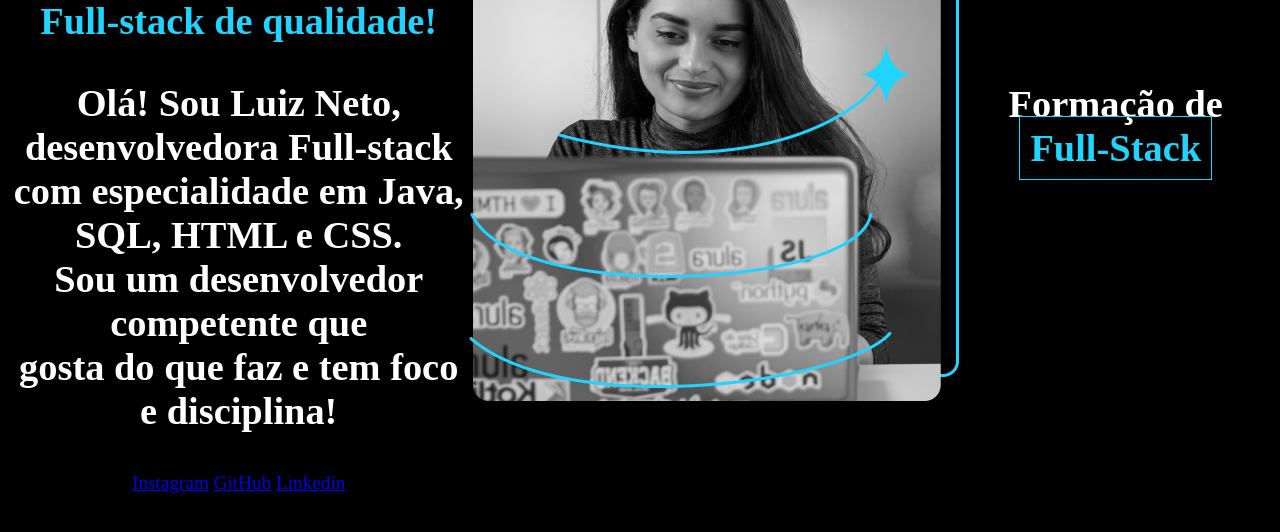
Repository: luiz123098/Sobre-mim-em-HTM-CSS
Page: htmlcss.html
The author's editor kept a copy of each file at every save. The page is drawn from the files as they stood at one save, then again after the next save.
The browser window is 1280 px wide. The pictures show the whole page.

Above is the page before, as saved 2023-03-08 14:20:47.

### htmlcss.html
</html>
<!DOCTYPE html>
<html lang="pt-br">
<head>
    <meta charset="UTF-8">
    <meta http-equiv="X-UA-Compatible" content="IE=edge">
    <meta name="viewport" content="width=device-width, initial-scale=1.0">
    <title>Projeto Estudos</title>
    <link rel="stylesheet" href="style.Css">
</head>
<body>
    <header>MENU</header>
    <main>
        <div class="flex-container">
            <div
                class="parte_esquerda">
                <h1>
                    Eleve sua empresa<br>
                    a outro nível
                    <strong
                        class="texto_em_destaque">
                        com um<br>Full-stack de qualidade!
                    </strong>
                    <p class="biografia">
                        Olá! Sou Luiz Neto, desenvolvedora Full-stack<br>
                        com especialidade em Java, SQL, HTML e CSS.<br>
                        Sou um desenvolvedor competente que<br>
                        gosta do que faz e tem foco e disciplina!
                    </p>
                </h1>
                <a href="https://www.instagram.com/luiz.alencar2/">
                    Instagram</a>
                <a href="https://github.com/luiz123098">
                    GitHub</a>
                <a href="https://www.linkedin.com/in/luiz-neto-alencar-b843651a9/">
                    Linkedin</a>
            </div>
            <p>
                <img src="Imagem.png" alt="Não foi possivel encontrar a imagem">
                <br>
                <h1 class="texto_editado">Formação de <span class="formacao">Full-Stack</span></h1>
            </p>
        </div>
    </main>
    <footer>

    </footer>
</body>

### style.Css
body{
    background-color: black;
    color: white;
    text-align: center;
}

.biografia{
    text-align: center;
}

.texto_em_destaque{
    color: #22D4FD;
}

.texto_editado{
    font-weight: bold;
}

.formacao{
    color: #22D4FD;
    border: 1px solid #22D4FD;
    padding: 10px;
}

div.parte_esquerda{
    text-align: center;
    height: 482px;
    width: 615px;
    left: 357px;
    top: 278px;
    border-radius: [object Object]px;
}

.flex-container {
    display: flex;
    /*isso centraliza o texto horizontalmente*/
    justify-content: center;
    /*isso centraliza o texto verticalmente*/
    align-items: center;

    height: 200px;
    color: #fff;
    font-size: 1.2rem;
}

After the next save:
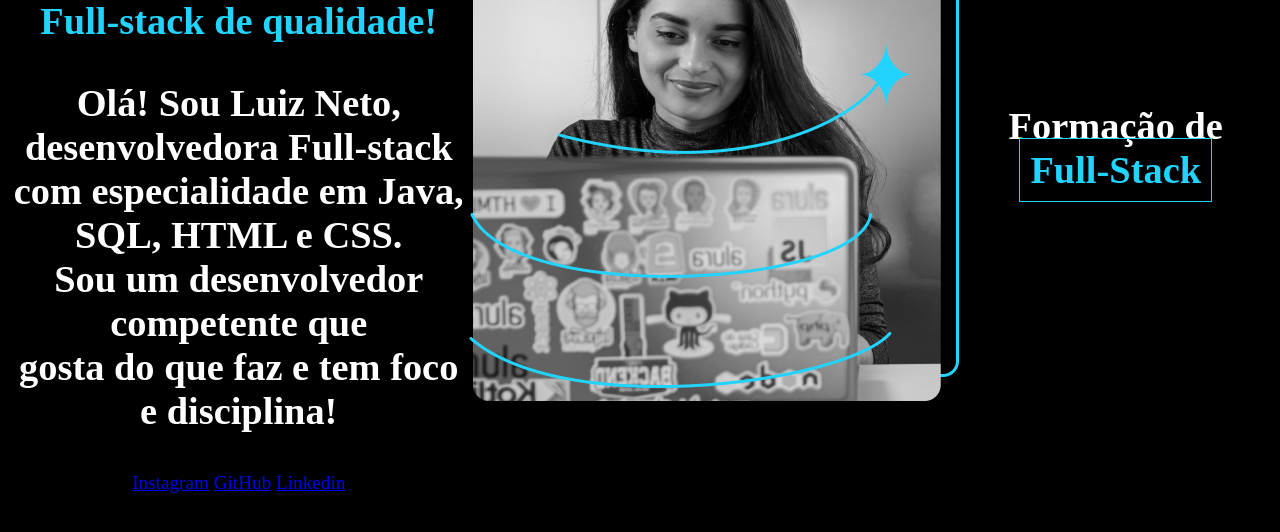
Saved 11 s later.
--- a/htmlcss.html
+++ b/htmlcss.html
@@ -37,8 +37,8 @@
             </div>
             <p>
                 <img src="Imagem.png" alt="Não foi possivel encontrar a imagem">
-                <br>
-                <h1 class="texto_editado">Formação de <span class="formacao">Full-Stack</span></h1>
+
+                <h1 class="texto_editado"><br>Formação de <span class="formacao">Full-Stack</span></h1>
             </p>
         </div>
     </main>

After the save that followed:
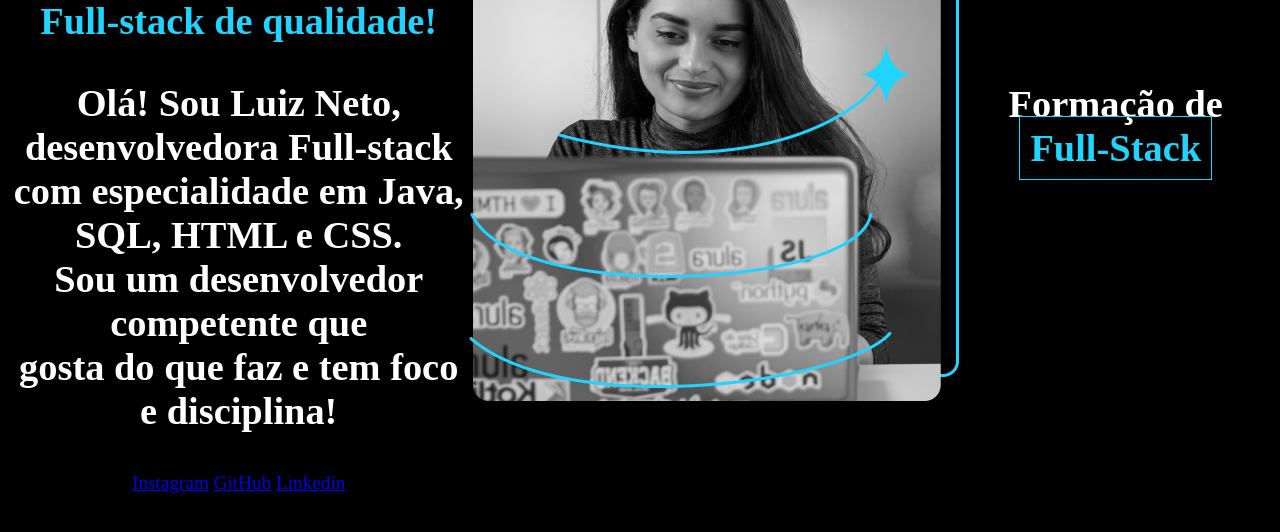
Saved 7 s later.
--- a/htmlcss.html
+++ b/htmlcss.html
@@ -38,7 +38,7 @@
             <p>
                 <img src="Imagem.png" alt="Não foi possivel encontrar a imagem">
 
-                <h1 class="texto_editado"><br>Formação de <span class="formacao">Full-Stack</span></h1>
+                <h1 class="texto_editado">Formação de <span class="formacao">Full-Stack</span></h1>
             </p>
         </div>
     </main>
